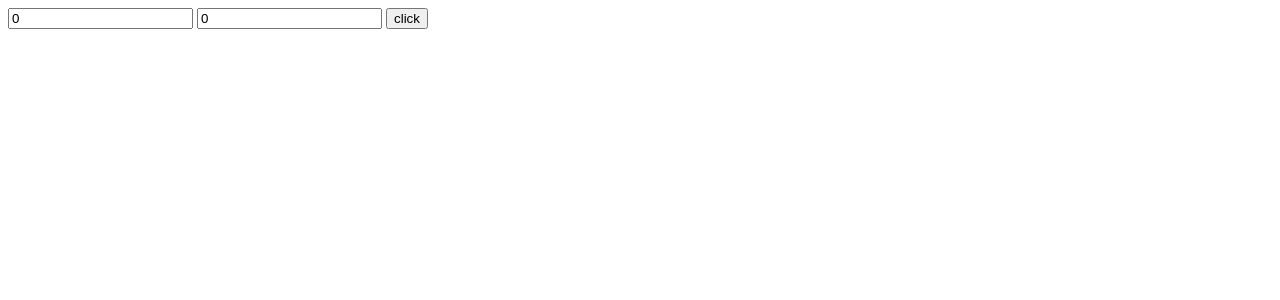
Repository: rkgh17/JAVA_EE_edu
Page: workspace/ServletProject/src/main/webapp/Calc-Post.html
These files come from the project's save history. The page is drawn as it stood at one moment and after the next save; the edit follows.
The browser window is 1280 px wide. The pictures show the whole page.

Above is the page before, as saved 2022-09-05 05:53:42.

After the next save:
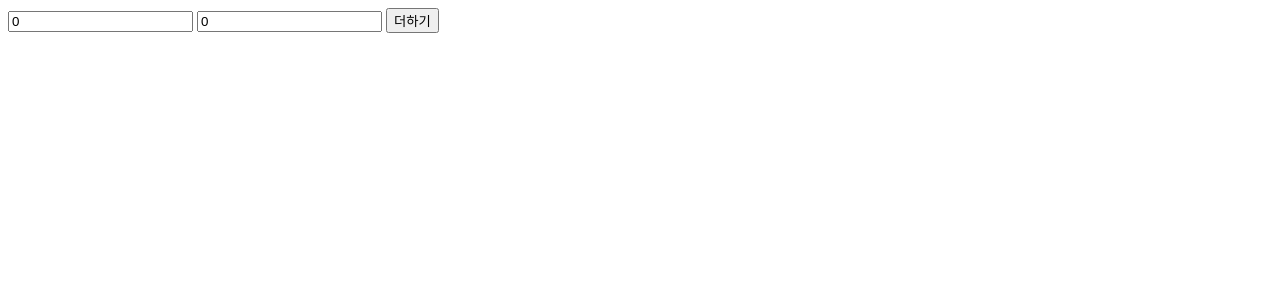
Saved 33 s later.
--- a/workspace/ServletProject/src/main/webapp/Calc-Post.html
+++ b/workspace/ServletProject/src/main/webapp/Calc-Post.html
@@ -8,7 +8,7 @@
 	<form action="" method="post">
 		<input type="text" name="x" value="0"/>
 		<input type="text" name="y" value="0"/>
-		<input type="submit" value="click"/>
+		<input type="submit" value="더하기"/>
 	</form>
 </body>
 </html>
